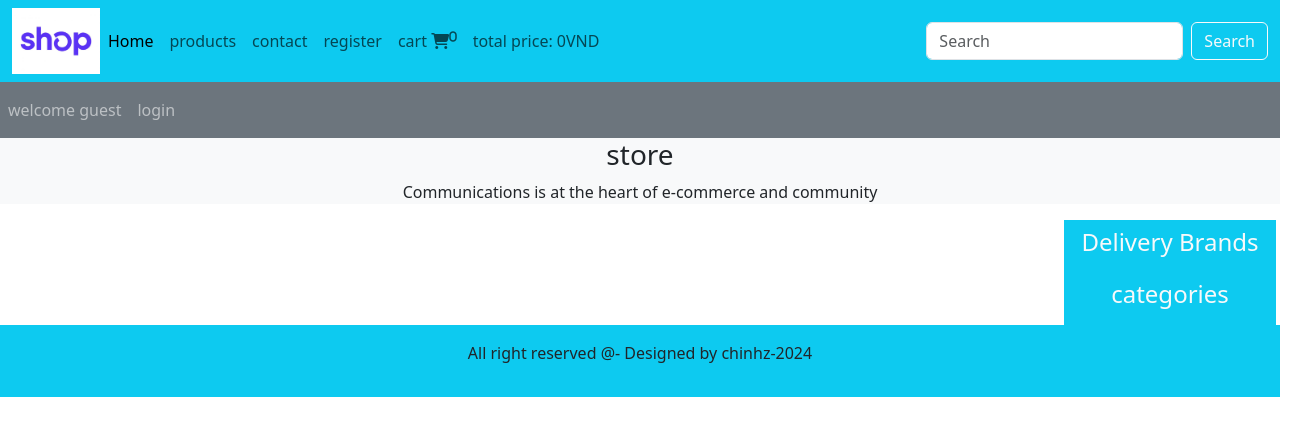
Repository: hahuuchinh2501/ecommerce_web
Page: http://localhost/cart.php
These files come from the project's save history. The page is drawn as it stood at one moment and after the next save; the edit follows.
The browser window is 1280 px wide. The page is 1292 px wide, so the pictures cover 1292 px, including what lies to the right of the window. The pictures show the whole page.
The page is run by PHP 8.4 with error messages shown; the project is at /var/www/html/. Queries for data that is not in the repository find no rows.

Above is the page before, as saved 2025-02-07 16:06:34.

### cart.php
<?php
include('includes/connect.php');
include('functions/common_function.php');
?>



<!DOCTYPE html>
<html lang="en">

<head>
    <meta charset="UTF-8">
    <meta name="viewport" content="width=device-width, initial-scale=1.0">
    <title>website-cart details</title>
    <link href="https://cdn.jsdelivr.net/npm/bootstrap@5.3.3/dist/css/bootstrap.min.css" rel="stylesheet"
        integrity="sha384-QWTKZyjpPEjISv5WaRU9OFeRpok6YctnYmDr5pNlyT2bRjXh0JMhjY6hW+ALEwIH" crossorigin="anonymous">
    <link rel="stylesheet" href="https://cdnjs.cloudflare.com/ajax/libs/font-awesome/6.5.2/css/all.min.css"
        integrity="sha512-SnH5WK+bZxgPHs44uWIX+LLJAJ9/2PkPKZ5QiAj6Ta86w+fsb2TkcmfRyVX3pBnMFcV7oQPJkl9QevSCWr3W6A=="
        crossorigin="anonymous" referrerpolicy="no-referrer" />
    <link rel="stylesheet" href="style.css">

</head>

<body>
    <!-- navbar -->
    <div class="container-fluid p-0">
        <nav class="navbar navbar-expand-lg bg-info">
            <div class="container-fluid">
                <img src="./images/shop.jpg" alt="" class="logo">
                <button class="navbar-toggler" type="button" data-bs-toggle="collapse"
                    data-bs-target="#navbarSupportedContent" aria-controls="navbarSupportedContent"
                    aria-expanded="false" aria-label="Toggle navigation">
                    <span class="navbar-toggler-icon"></span>
                </button>
                <div class="collapse navbar-collapse" id="navbarSupportedContent">
                    <ul class="navbar-nav me-auto mb-2 mb-lg-0">
                        <li class="nav-item">
                            <a class="nav-link active" aria-current="page" href="index.php">Home</a>
                        </li>
                        <li class="nav-item">
                            <a class="nav-link" href="display_all.php">products</a>
                        </li>
                        <li class="nav-item">
                            <a class="nav-link" href="#">contact</a>
                        </li>
                        <li class="nav-item">
                            <a class="nav-link" href="#">register</a>
                        </li>
                        <li class="nav-item">
                            <a class="nav-link" href="cart.php">cart <i
                                    class="fa-solid fa-cart-shopping"><sup><?php cart_item(); ?></sup></i></a>
                        </li>
                        <li class="nav-item">
                            <a class="nav-link" href="#">total price: <?php total_cart_price(); ?>VND </a>
                        </li>
                    </ul>
                    <form class="d-flex" role="search" action="search_product.php" method="get">
                        <input class="form-control me-2" type="search" placeholder="Search" aria-label="Search"
                            name="search_data">
                        <!-- <button class="btn btn-outline-success" type="submit">Search</button> -->
                        <input type="submit" value="Search" class="btn btn-outline-light" name="search_data_product">
                    </form>
                </div>
            </div>
        </nav>

        <!-- call function cart -->
        <?php
        cart();
        ?>

        <nav class="navbar navbar-expand-lg navbar-dark bg-secondary">
            <ul class="navbar-nav me-auto">
                <li class="nav-item">
                    <a class="nav-link" href="#">welcome guest</a>
                </li>
                <li class="nav-item">
                    <a class="nav-link" href="#">login</a>
                </li>
            </ul>
        </nav>
        <div class="bg-light">
            <h3 class="text-center">store</h3>
            <p class="text-center">Communications is at the heart of e-commerce and community</p>
        </div>

        <div class="row px-3">
            <div class="col-md-10">
                <div class="row">
                    <!-- fetching products -->

                    <?php
                    getproducts();
                    get_unique_categories();
                    get_unique_brands();
                    // $ip = getIPAddress();
                    // echo 'User Real IP Address - ' . $ip;
                    ?>
                    <!-- <div class="col-md-4 mb-4">
                        <div class="card">
                            <img src="./images/4.jpg" class="card-img-top" alt="...">
                            <div class="card-body">
                                <h5 class="card-title">Card title</h5>
                                <p class="card-text">Some quick example text to build on the card title and make up the bulk of the card's content.</p>
                                <a href="#" class="btn btn-info">Add to cart</a>
                                <a href="#" class="btn btn-secondary">View more</a>
                            </div>
                        </div>
                    </div> -->




                    <!-- row end    -->
                </div>
                <!-- col end -->
            </div>

            <div class="col-md-2 bg-secondary p-0">
                <!--branch-->
                <ul class="navbar-nav me-auto text-center">
                    <li class="nav-item bg-info">
                        <a href="#" class="nav-link text-light">
                            <h4>Delivery Brands</h4>
                        </a>
                    </li>

                    <?php
                    // $select_brands="select * from `brands`";
                    // $result_brands=mysqli_query($con,$select_brands);
                    // // $row_data=mysqli_fetch_assoc($result_brands);
                    // // echo $row_data['brand_title'];
                    // // echo $row_data['brand_title'];
                    // while($row_data=mysqli_fetch_assoc($result_brands)){
                    //     $brand_title=$row_data['brand_title'];
                    //     $brand_id=$row_data['brand_id'];
                    //     echo "<li class='nav-item'>
                    //     <a href='index.php?brand=$brand_id' class='nav-link text-light'> $brand_title</a>
                    // </li>";
                    // }
                    getbrands();

                    ?>


                    <!-- <li class="nav-item">
                        <a href="#" class="nav-link text-light"> Brands1</a>
                    </li>
                    <li class="nav-item">
                        <a href="#" class="nav-link text-light"> Brands2</a>
                    </li>
                    <li class="nav-item">
                        <a href="#" class="nav-link text-light"> Brands3</a>
                    </li>
                    <li class="nav-item">
                        <a href="#" class="nav-link text-light"> Brands4</a>
                    </li>
                    <li class="nav-item">
                        <a href="#" class="nav-link text-light"> Brands3</a>
                    </li> -->
                </ul>


                <!--category-->
                <ul class="navbar-nav me-auto text-center">
                    <li class="nav-item bg-info">
                        <a href="#" class="nav-link text-light">
                            <h4>categories</h4>
                        </a>
                    </li>

                    <?php
                    // $select_categories="select * from `categories`";
                    // $result_categories=mysqli_query($con,$select_categories);
                    // // $row_data=mysqli_fetch_assoc($result_brands);
                    // // echo $row_data['brand_title'];
                    // // echo $row_data['brand_title'];
                    // while($row_data=mysqli_fetch_assoc($result_categories)){
                    //     $category_title=$row_data['category_title'];
                    //     $category_id=$row_data['category_id'];
                    //     echo "<li class='nav-item'>
                    //     <a href='index.php?category=$category_id' class='nav-link text-light'> $category_title</a>
                    // </li>";
                    // }
                    getcategories();
                    ?>




                    <!-- <li class="nav-item">
                        <a href="#" class="nav-link text-light">categories</a>
                    </li>
                    <li class="nav-item">
                        <a href="#" class="nav-link text-light"> categories</a>
                    </li>
                    <li class="nav-item">
                        <a href="#" class="nav-link text-light"> categories</a>
                    </li>
                    <li class="nav-item">
                        <a href="#" class="nav-link text-light"> categories</a>
                    </li>
                    <li class="nav-item">
                        <a href="#" class="nav-link text-light">categories</a>
                    </li> -->
                </ul>
            </div>
        </div>

        <!-- include footer  -->
        <?php
        include("./includes/footer.php")
            ?>
    </div>

    <script src="https://cdn.jsdelivr.net/npm/bootstrap@5.3.3/dist/js/bootstrap.bundle.min.js"
        integrity="sha384-YvpcrYf0tY3lHB60NNkmXc5s9fDVZLESaAA55NDzOxhy9GkcIdslK1eN7N6jIeHz"
        crossorigin="anonymous"></script>
</body>

</html>

### includes/connect.php
<?php

$con=mysqli_connect('127.0.0.1:3316','root','123','myshop');
if(!$con) {
    die(mysqli_error($con));
}


?>

### functions/common_function.php
<?php
include('./includes/connect.php');


function getproducts()
{

    global $con;
    //condition to check isset or not
    if (!isset($_GET['category'])) {
        if (!isset($_GET['brand'])) {
            $select_query = "Select * from `products` order by rand() LIMIT 0,9";
            $result_query = mysqli_query($con, $select_query);
            // $row=mysqli_fetch_assoc($result_query);
            // echo $row['product_title'];
            while ($row = mysqli_fetch_assoc($result_query)) {
                $product_id = $row['product_id'];
                $product_title = $row['product_title'];
                $product_description = $row['product_description'];
                $product_image1 = $row['product_image1'];
                $product_price = $row['product_price'];
                $category_id = $row['category_id'];
                $brand_id = $row['brand_id'];
                echo "<div class='col-md-4 mb-2'>
                        <div class='card'>
                            <img src='./admin_area/product_images/$product_image1' class='card-img-top' alt='...'>
                            <div class='card-body'>
                                <h5 class='card-title'>$product_title</h5>
                                <p class='card-text'>$product_description</p>
                                <p class='card-text'>Giá: $product_price</p>
                                <a href='index.php?add_to_cart=$product_id' class='btn btn-info'>Add to cart</a>
                                <a href='product_details.php?product_id=$product_id' class='btn btn-secondary'>View more</a>
                            </div>
                        </div>
                    </div>";
            }
        }

    }
}

// getting all product
function get_all_products()
{
    global $con;
    //condition to check isset or not
    if (!isset($_GET['category'])) {
        if (!isset($_GET['brand'])) {
            $select_query = "Select * from `products` order by rand()";
            $result_query = mysqli_query($con, $select_query);
            // $row=mysqli_fetch_assoc($result_query);
            // echo $row['product_title'];
            while ($row = mysqli_fetch_assoc($result_query)) {
                $product_id = $row['product_id'];
                $product_title = $row['product_title'];
                $product_description = $row['product_description'];
                $product_image1 = $row['product_image1'];
                $product_price = $row['product_price'];
                $category_id = $row['category_id'];
                $brand_id = $row['brand_id'];
                echo "<div class='col-md-4 mb-2'>
                        <div class='card'>
                            <img src='./admin_area/product_images/$product_image1' class='card-img-top' alt='...'>
                            <div class='card-body'>
                                <h5 class='card-title'>$product_title</h5>
                                <p class='card-text'>$product_description</p>
                                <p class='card-text'>Giá: $product_price</p>
                                <a href='index.php?add_to_cart=$product_id' class='btn btn-info'>Add to cart</a>
                                <a href='product_details.php?product_id=$product_id' class='btn btn-secondary'>View more</a>
                            </div>
                        </div>
                    </div>";
            }
        }

    }
}


//getting unique categories
function get_unique_categories()
{

    global $con;
    //condition to check isset or not
    if (isset($_GET['category'])) {
        $category_id = $_GET['category'];
        $select_query = "Select * from `products` where category_id=$category_id";
        $result_query = mysqli_query($con, $select_query);
        $num_of_rows = mysqli_num_rows($result_query);
        if ($num_of_rows == 0) {
            echo "<h2 class='text-center text-danger'> No stock for this category</h2>";
        }
        // $row=mysqli_fetch_assoc($result_query);
        // echo $row['product_title'];
        while ($row = mysqli_fetch_assoc($result_query)) {
            $product_id = $row['product_id'];
            $product_title = $row['product_title'];
            $product_description = $row['product_description'];
            $product_image1 = $row['product_image1'];
            $product_price = $row['product_price'];
            $category_id = $row['category_id'];
            $brand_id = $row['brand_id'];
            echo "<div class='col-md-4 mb-2'>
                        <div class='card'>
                            <img src='./admin_area/product_images/$product_image1' class='card-img-top' alt='...'>
                            <div class='card-body'>
                                <h5 class='card-title'>$product_title</h5>
                                <p class='card-text'>$product_description</p>
                                <p class='card-text'>Giá: $product_price</p>
                                <a href='index.php?add_to_cart=$product_id' class='btn btn-info'>Add to cart</a>
                                 <a href='product_details.php?product_id=$product_id' class='btn btn-secondary'>View more</a>
                            </div>
                        </div>
                    </div>";
        }
    }

}


//getting unique brands
function get_unique_brands()
{

    global $con;
    //condition to check isset or not
    if (isset($_GET['brand'])) {
        $brand_id = $_GET['brand'];
        $select_query = "Select * from `products` where brand_id=$brand_id";
        $result_query = mysqli_query($con, $select_query);
        $num_of_rows = mysqli_num_rows($result_query);
        if ($num_of_rows == 0) {
            echo "<h2 class='text-center text-danger'> this brand available for service</h2>";
        }
        // $row=mysqli_fetch_assoc($result_query);
        // echo $row['product_title'];
        while ($row = mysqli_fetch_assoc($result_query)) {
            $product_id = $row['product_id'];
            $product_title = $row['product_title'];
            $product_description = $row['product_description'];
            $product_image1 = $row['product_image1'];
            $product_price = $row['product_price'];
            $category_id = $row['category_id'];
            $brand_id = $row['brand_id'];
            echo "<div class='col-md-4 mb-2'>
                        <div class='card'>
                            <img src='./admin_area/product_images/$product_image1' class='card-img-top' alt='...'>
                            <div class='card-body'>
                                <h5 class='card-title'>$product_title</h5>
                                <p class='card-text'>$product_description</p>
                                <p class='card-text'>Giá: $product_price</p>
                                <a href='index.php?add_to_cart=$product_id' class='btn btn-info'>Add to cart</a>
                                <a href='product_details.php?product_id=$product_id' class='btn btn-secondary'>View more</a>
                            </div>
                        </div>
                    </div>";
        }
    }

}



function getbrands()
{
    global $con;
    $select_brands = "select * from `brands`";
    $result_brands = mysqli_query($con, $select_brands);
    // $row_data=mysqli_fetch_assoc($result_brands);
    // echo $row_data['brand_title'];
    // echo $row_data['brand_title'];
    while ($row_data = mysqli_fetch_assoc($result_brands)) {
        $brand_title = $row_data['brand_title'];
        $brand_id = $row_data['brand_id'];
        echo "<li class='nav-item'>
                        <a href='index.php?brand=$brand_id' class='nav-link text-light'> $brand_title</a>
                    </li>";
    }
}

function getcategories()
{
    global $con;
    $select_categories = "select * from `categories`";
    $result_categories = mysqli_query($con, $select_categories);
    // $row_data=mysqli_fetch_assoc($result_brands);
    // echo $row_data['brand_title'];
    // echo $row_data['brand_title'];
    while ($row_data = mysqli_fetch_assoc($result_categories)) {
        $category_title = $row_data['category_title'];
        $category_id = $row_data['category_id'];
        echo "<li class='nav-item'>
                        <a href='index.php?category=$category_id' class='nav-link text-light'> $category_title</a>
                    </li>";
    }
}

//function search product

function search_product()
{
    global $con;
    if (isset($_GET['search_data_product'])) {
        $search_data_value = $_GET['search_data'];
        $search_query = "Select * from `products` where product_keywords like '%$search_data_value%'";
        $result_query = mysqli_query($con, $search_query);
        $num_of_rows = mysqli_num_rows($result_query);
        if ($num_of_rows == 0) {
            echo "<h2 class='text-center text-danger'> No have product this category</h2>";
        }
        while ($row = mysqli_fetch_assoc($result_query)) {
            $product_id = $row['product_id'];
            $product_title = $row['product_title'];
            $product_description = $row['product_description'];
            $product_image1 = $row['product_image1'];
            $product_price = $row['product_price'];
            $category_id = $row['category_id'];
            $brand_id = $row['brand_id'];
            echo "<div class='col-md-4 mb-2'>
                        <div class='card'>
                            <img src='./admin_area/product_images/$product_image1' class='card-img-top' alt='...'>
                            <div class='card-body'>
                                <h5 class='card-title'>$product_title</h5>
                                <p class='card-text'>$product_description</p>
                                <p class='card-text'>Giá: $product_price</p>
                                <a href='index.php?add_to_cart=$product_id' class='btn btn-info'>Add to cart</a>
                                 <a href='product_details.php?product_id=$product_id' class='btn btn-secondary'>View more</a>
                            </div>
                        </div>
                    </div>";
        }
    }
}


// view details product
function view_details()
{
    global $con;
    //condition to check isset or not
    if (isset($_GET['product_id'])) {
        if (!isset($_GET['category'])) {
            if (!isset($_GET['brand'])) {
                $product_id = $_GET['product_id'];
                $select_query = "Select * from `products` where product_id=$product_id";
                $result_query = mysqli_query($con, $select_query);
                while ($row = mysqli_fetch_assoc($result_query)) {
                    $product_id = $row['product_id'];
                    $product_title = $row['product_title'];
                    $product_description = $row['product_description'];
                    $product_image1 = $row['product_image1'];
                    $product_image2 = $row['product_image2'];
                    $product_image3 = $row['product_image3'];
                    $product_price = $row['product_price'];
                    $category_id = $row['category_id'];
                    $brand_id = $row['brand_id'];
                    echo "<div class='col-md-4 mb-2'>
                        <div class='card'>
                            <img src='./admin_area/product_images/$product_image1' class='card-img-top' alt='$product_title'>
                            <div class='card-body'>
                                <h5 class='card-title'>$product_title</h5>
                                <p class='card-text'>$product_description</p>
                                <p class='card-text'>Giá: $product_price</p>
                                <a href='index.php?add_to_cart=$product_id' class='btn btn-info'>Add to cart</a>
                                <a href='index.php' class='btn btn-secondary'>go home</a>
                            </div>
                        </div>
                    </div>

                     <div class='col-md-8'>
                     <div class='row'>
                        <div class='col-md-12'>
                            <h4 class='text-center text-info mb-5 '>relate products</h4>
                        </div>
                        <div class='col-md-6'>
                            <img src='./admin_area/product_images/$product_image2' class='card-img-top'
                                alt='$product_title'>
                        </div>
                        <div class='col-md-6'>
                            <img src='./admin_area/product_images/$product_image3' class='card-img-top'
                                alt='$product_title'>
                        </div>
                    </div>

                    </div>
                    ";
                }
            }

        }
    }
}

//get ip address
function getIPAddress()
{
    //whether ip is from the share internet
    if (!empty($_SERVER['HTTP_CLIENT_IP'])) {
        $ip = $_SERVER['HTTP_CLIENT_IP'];
    }
    //whether ip is from the proxy
    elseif (!empty($_SERVER['HTTP_X_FORWARDED_FOR'])) {
        $ip = $_SERVER['HTTP_X_FORWARDED_FOR'];
    }
    //whether ip is from the remote address
    else {
        $ip = $_SERVER['REMOTE_ADDR'];
    }
    return $ip;
}
// $ip = getIPAddress();
// echo 'User Real IP Address - ' . $ip;


function cart()
{
    if (isset($_GET['add_to_cart'])) {
        global $con;
        $get_ip_add = getIPAddress();
        $get_product_id = $_GET['add_to_cart'];
        $select_query = "Select * from `cart_details` where ip_address='$get_ip_add' and product_id=$get_product_id";
        $result_query = mysqli_query($con, $select_query);
        $num_of_rows = mysqli_num_rows($result_query);
        if ($num_of_rows > 0) {
            echo "<script>alert('this item is already present inside cart')</script>";
            echo "<script>window.open('index.php','_self')</script>";
        } else {
            $insert_query = "insert into `cart_details` (product_id,ip_address,quantity) values ($get_product_id,'$get_ip_add',0)";
            $result_query = mysqli_query($con, $insert_query);
            echo "<script>alert('item is added to cart')</script>";
            echo "<script>window.open('index.php','_self')</script>";

        }
    }
}

// cart item
function cart_item()
{
    if (isset($_GET['add_to_cart'])) {
        global $con;
        $get_ip_add = getIPAddress();

        $select_query = "Select * from `cart_details` where ip_address='$get_ip_add'";
        $result_query = mysqli_query($con, $select_query);
        $count_cart_items = mysqli_num_rows($result_query);
    } else {
        global $con;
        $get_ip_add = getIPAddress();

        $select_query = "Select * from `cart_details` where ip_address='$get_ip_add'";
        $result_query = mysqli_query($con, $select_query);
        $count_cart_items = mysqli_num_rows($result_query);
    }
    echo $count_cart_items;
}

//total price function

function total_cart_price()
{
    global $con;
    $get_ip_add = getIPAddress();
    $total_price = 0;

    $cart_query = "Select * from `cart_details` where ip_address='$get_ip_add'";
    $result = mysqli_query($con, $cart_query);
    while ($row = mysqli_fetch_array($result)) {
        $product_id = $row['product_id'];
        $select_products = "Select * from `products` where product_id='$product_id'";
        $result_products = mysqli_query($con, $select_products);
        while ($row_product_price = mysqli_fetch_array($result_products)) {
            $product_price = array($row_product_price['product_price']);
            $product_values = array_sum($product_price);
            $total_price += $product_values;
        }
    }
    echo $total_price;
}

?>

### includes/footer.php
<div class="bg-info p-3 text-center">
    <p>All right reserved @- Designed by chinhz-2024</p>
</div>

### style.css
* {
    margin: 0;
    padding: 0;
    box-sizing: border-box;
}


.logo {
    width: 7%;
    height: 7%;
}

     .card-img-top {
            height: 360px; /* Đặt chiều cao cố định */
            object-fit: cover; /* Đảm bảo hình ảnh vừa khung và không bị biến dạng */
        }

After the next save:
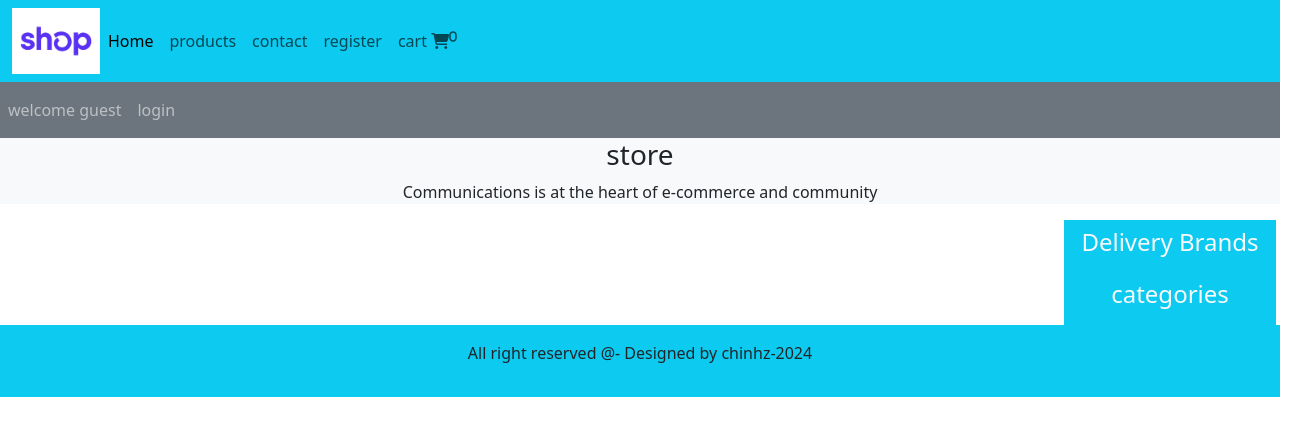
Saved 64 s later.
--- a/cart.php
+++ b/cart.php
@@ -50,16 +50,9 @@ include('functions/common_function.php');
                             <a class="nav-link" href="cart.php">cart <i
                                     class="fa-solid fa-cart-shopping"><sup><?php cart_item(); ?></sup></i></a>
                         </li>
-                        <li class="nav-item">
-                            <a class="nav-link" href="#">total price: <?php total_cart_price(); ?>VND </a>
-                        </li>
+
                     </ul>
-                    <form class="d-flex" role="search" action="search_product.php" method="get">
-                        <input class="form-control me-2" type="search" placeholder="Search" aria-label="Search"
-                            name="search_data">
-                        <!-- <button class="btn btn-outline-success" type="submit">Search</button> -->
-                        <input type="submit" value="Search" class="btn btn-outline-light" name="search_data_product">
-                    </form>
+
                 </div>
             </div>
         </nav>
